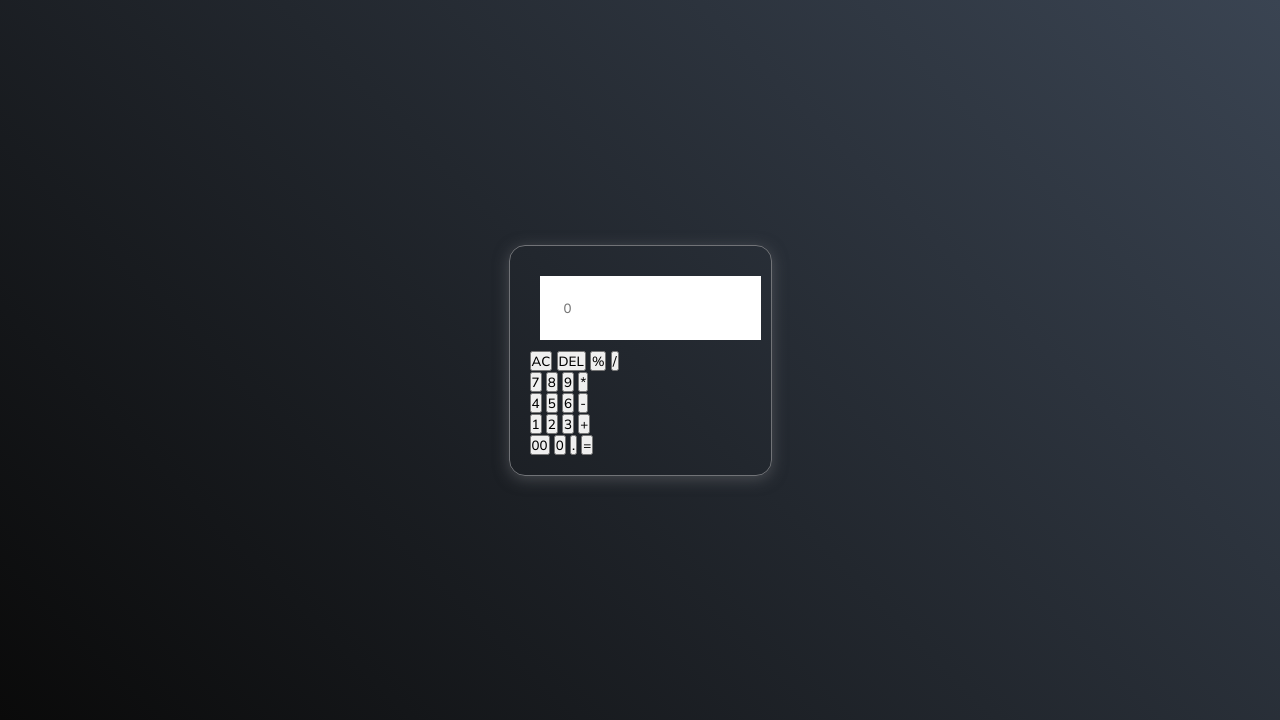
Repository: vaibhav1281/Calculator
Page: index.html
The author's editor kept a copy of each file at every save. The page is drawn from the files as they stood at one save, then again after the next save.
The browser window is 1280 px wide. The pictures show the whole page.

Above is the page before, as saved 2023-05-06 20:07:19.

### index.html
<!DOCTYPE html>
<html lang="en">
<head>
    <meta charset="UTF-8">
    <meta http-equiv="X-UA-Compatible" content="IE=edge">
    <meta name="viewport" content="width=device-width, initial-scale=1.0">
    <title>Calculator - By Vaibhav Saroj</title>
    <link rel="stylesheet" href="styles.css">
</head>
<body>
    <div class="calcurator">
        <input type="text" placeholder="0">
        <div>
            <button>AC</button>
            <button>DEL</button>
            <button>%</button>
            <button>/</button>
        </div>
        <div>
            <button>7</button>
            <button>8</button>
            <button>9</button>
            <button>*</button>
        </div>
        <div>
            <button>4</button>
            <button>5</button>
            <button>6</button>
            <button>-</button>
        </div>
        <div>
            <button>1</button>
            <button>2</button>
            <button>3</button>
            <button>+</button>
        </div>
        <div>
            <button>00</button>
            <button>0</button>
            <button>.</button>
            <button>=</button>
        </div>
    </div>


    <script src="index.js"></script>
</body>
</html>

### styles.css
@import url('https://fonts.googleapis.com/css2?family=Be+Vietnam+Pro:wght@100&family=Mulish:wght@500&display=swap');

*{
    margin: 0;
    padding: 0;
    box-sizing: border-box;
    font-family: 'Be Vietnam Pro', sans-serif;
    font-family: 'Mulish', sans-serif;
}
body{
    width: 100%;
    height: 100vh;
    display: flex;
    justify-content: center; /* It's move horizontally*/
    align-items: center; /*It's move vertically*/
    background: linear-gradient(45deg , #0a0a0a ,#3a4452);
}
.calcurator{
    border: 1px solid #717377;
    padding: 20px;
    border-radius: 16px;
    background-color: transparent;
    box-shadow: 0px 3px 15px rgba(113, 115, 119, 0.5);
}
input{
    width: 100%;
    border: none;
    padding: 24px;
    margin: 10px;
    /* background: transparent; */
    /* box-shadow: 0px 3px 15px rgbs(84, 84, 84, 0.1); */
    /* font-size: 40px; */
    /* text-align: right; */
    /* cursor: pointer; */
    /* color: #ffffff; */
}

Loaded but not shown: index.js (no copy from this time; the picture is the same without it)

After the next save:
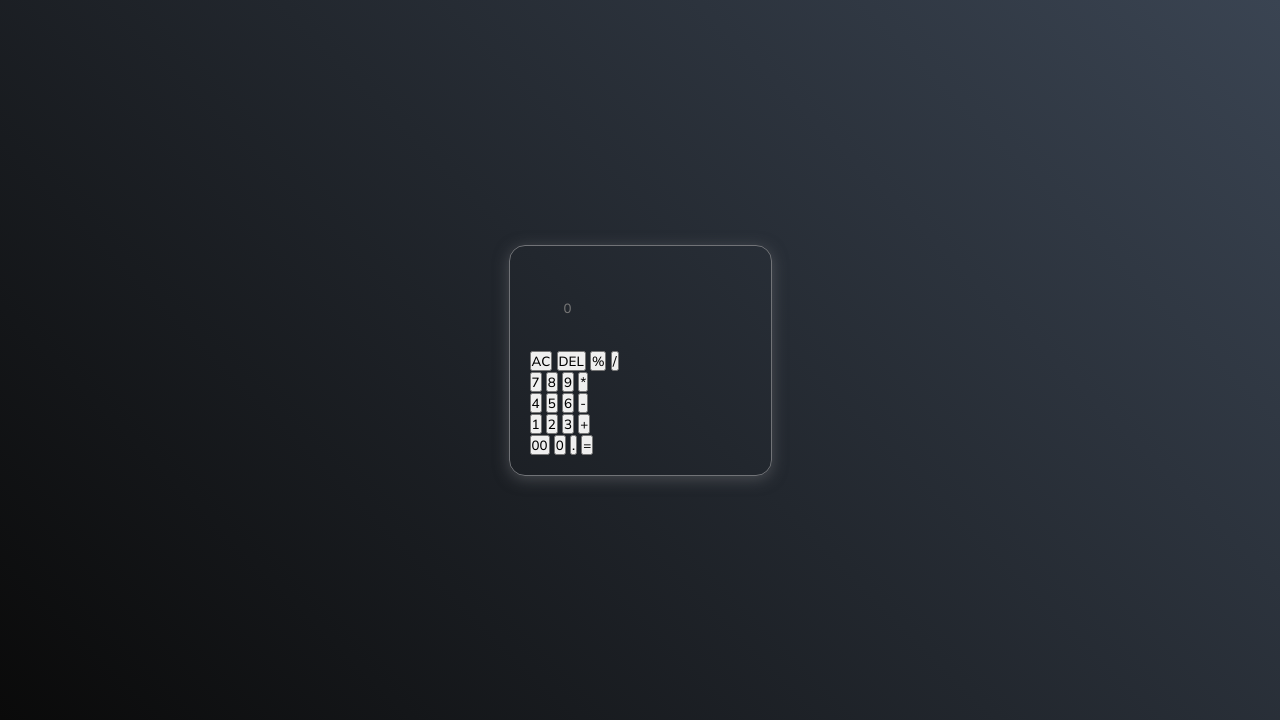
Saved 4 s later.
--- a/styles.css
+++ b/styles.css
@@ -27,7 +27,7 @@
     border: none;
     padding: 24px;
     margin: 10px;
-    /* background: transparent; */
+    background: transparent;
     /* box-shadow: 0px 3px 15px rgbs(84, 84, 84, 0.1); */
     /* font-size: 40px; */
     /* text-align: right; */
